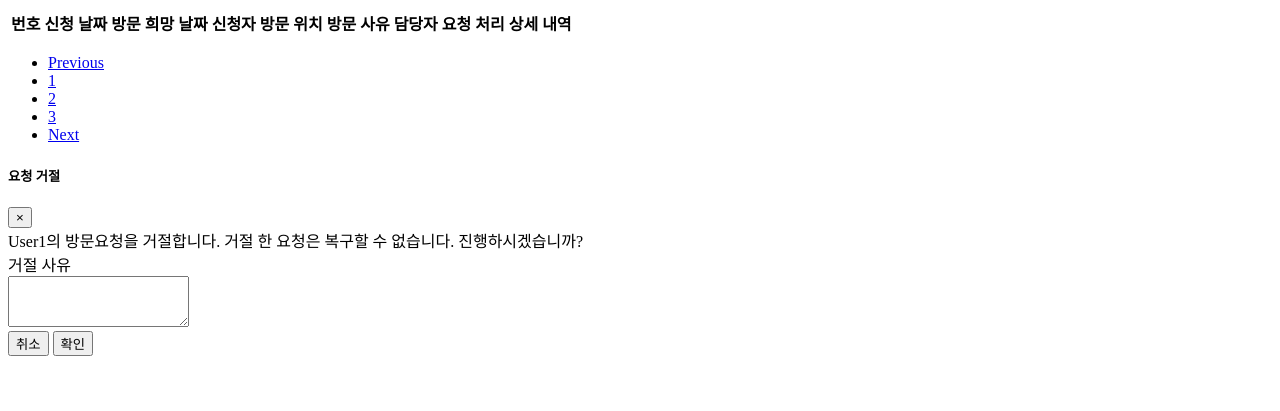
Repository: ki93/-
Page: http://localhost/fragments/admin_application_detail
An editor plug-in stored every save of this project. The page is shown before and after the next save, followed by the edit.
The browser window is 1280 px wide. The pictures show the whole page.
The page is this project's Thymeleaf template; nobody is signed in. The template is opened directly, without the code that normally fills it, so the values that code supplies are empty.

Above is the page before, as saved 2021-08-13 03:49:51.

After the next save:
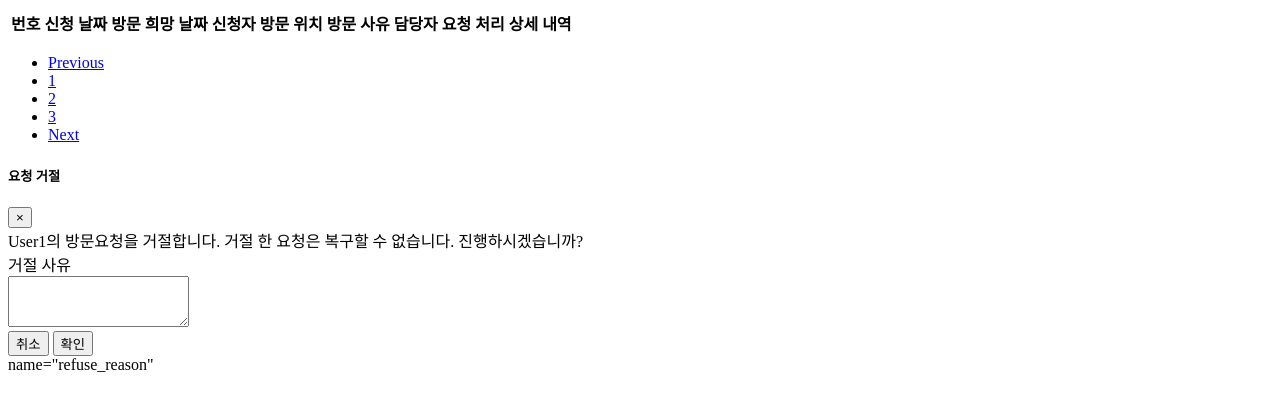
Saved 4 min 26 s later.
--- a/Visitor Management System/System/src/main/resources/templates/fragments/admin_application_detail.html
+++ b/Visitor Management System/System/src/main/resources/templates/fragments/admin_application_detail.html
@@ -92,5 +92,6 @@
 			</div>
 		</div>
 	</div>
+	name="refuse_reason"
 </th:block>
 </html>

After the save that followed:
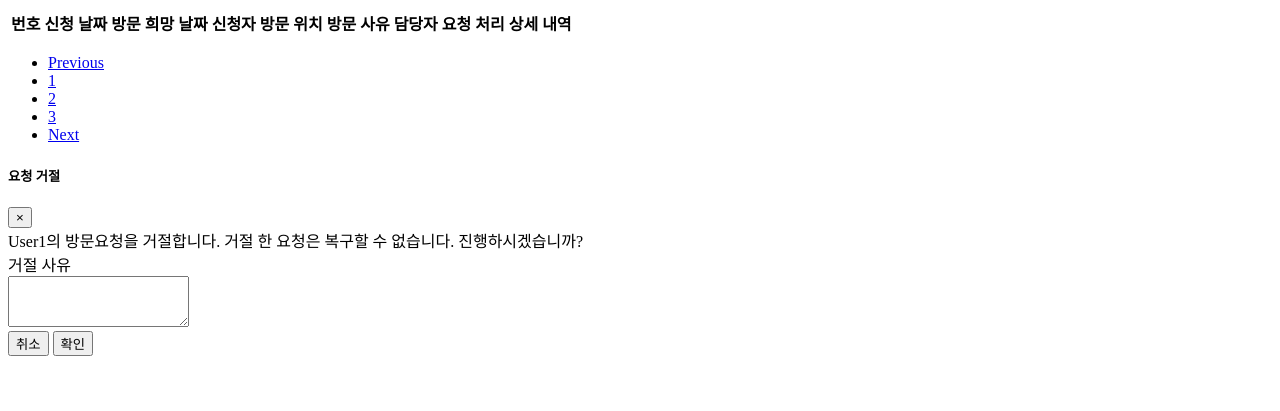
Saved 5 s later.
--- a/Visitor Management System/System/src/main/resources/templates/fragments/admin_application_detail.html
+++ b/Visitor Management System/System/src/main/resources/templates/fragments/admin_application_detail.html
@@ -92,6 +92,8 @@
 			</div>
 		</div>
 	</div>
-	name="refuse_reason"
+	<script type="text/javascript">
+
+	</script>
 </th:block>
 </html>
